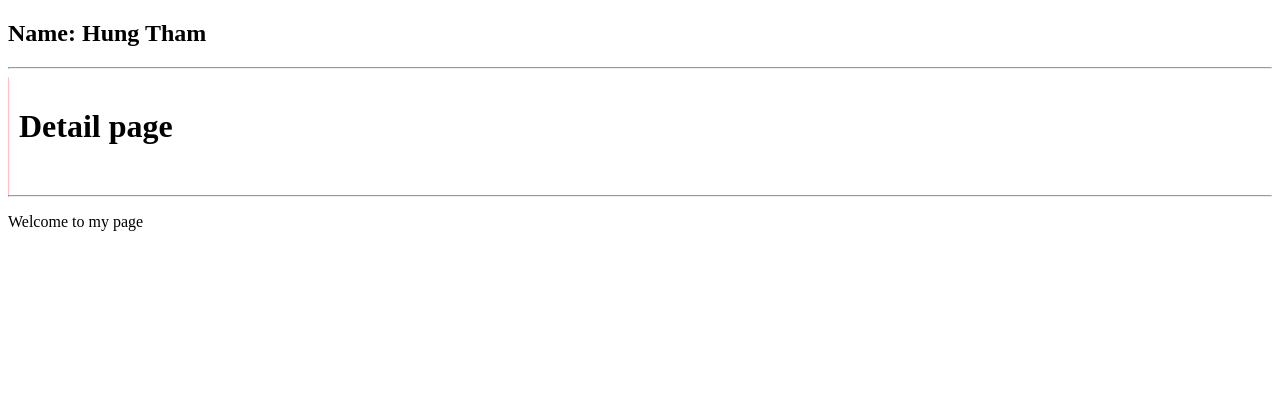
Repository: hunggtham/First-Jsp-and-Servlet-Project
Page: http://localhost/5JspInclude/Detail.jsp
These files come from the project's save history. The page is drawn as it stood at one moment and after a run of saves; the edit follows.
The browser window is 1280 px wide. The pictures show the whole page.
The page is served by Tomcat 9.

Above is the page before, as saved 2022-07-24 10:28:38.

After the next 2 saves:
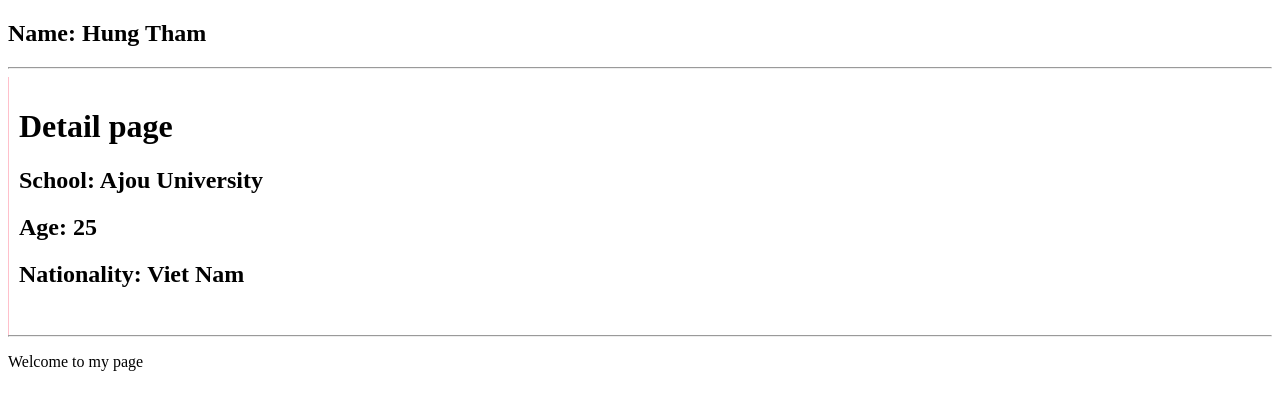
The 2 saves are shown as one change because they came seconds apart.
The last was saved 81 s later.
--- a/5JspInclude/src/main/webapp/Detail.jsp
+++ b/5JspInclude/src/main/webapp/Detail.jsp
@@ -11,6 +11,9 @@
 	<div
 		style="float: left; padding: 10px; width: 80%; border-left: 1px solid pink;">
 		<h1>Detail page</h1>
+		<h2>School: Ajou University</h2>
+		<h2>Age: 25</h2>
+		<h2>Nationality: Viet Nam </h2>
 		<br />
 
 	</div>
